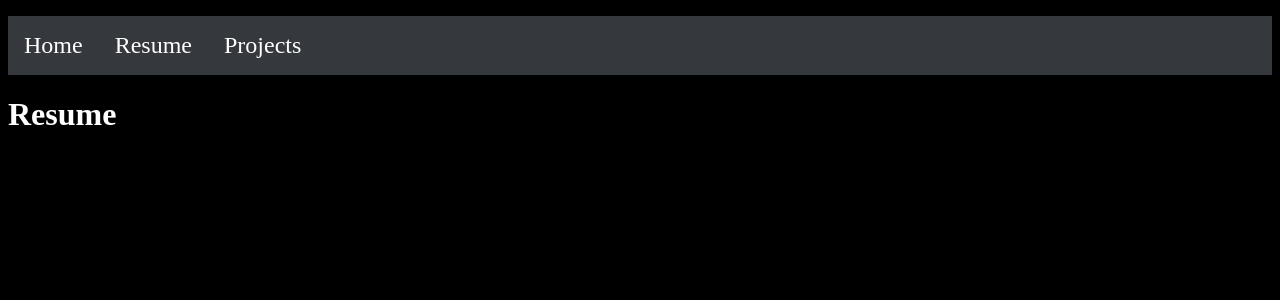
Repository: MasonSingleterry/MasonSingleterry.github.io
Page: resume.html
The author's editor kept a record of every edit. The page is drawn from the files as they stood at one moment, then again after the next edit.
The browser window is 1280 px wide. The pictures show the whole page.

Above is the page before.

After the next edit:
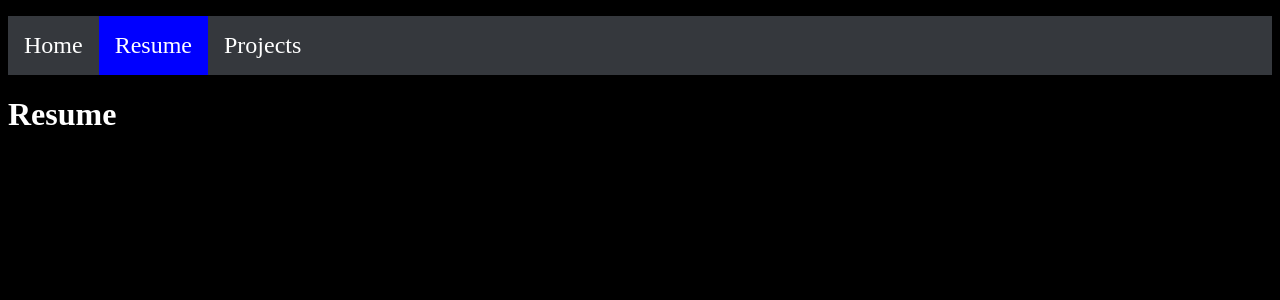
The edit:
--- a/resume.html
+++ b/resume.html
@@ -2,51 +2,7 @@
 <html>
     <head>
         <title>Resume</title>
-        <style>
-            .body {
-                background-color: #000000;
-                color: #FFFFFF;
-            }
-
-            .navbar {
-                list-style: none;
-                background-color: #35383d;
-                overflow: hidden;
-                padding: 0;
-            }
-
-            .navbar a, .dropdown div {
-                text-decoration: none;
-                color: #ffffff;
-                font-size: 24px;
-                padding: 16px;
-                display: inline-block;
-            }
-
-            .navbar li {
-                float: left;
-            }
-
-            .navbar li:hover {
-                background-color: #7FFF00;
-            }
-
-            .dropdown-content {
-                list-style: none;
-                padding: 0;
-                display: none;
-                position: absolute;
-                Z-index: 1;
-            }
-            .dropdown-content li {
-                background-color: #35383d;
-                float: none;
-            }
-
-            .dropdown:hover .dropdown-content {
-                display: block;
-            }
-        </style>
+        <link rel = "stylesheet" type = "text/css" href = "style.css"
     </head>
     <body class = "body">
         <ul class = "navbar">
